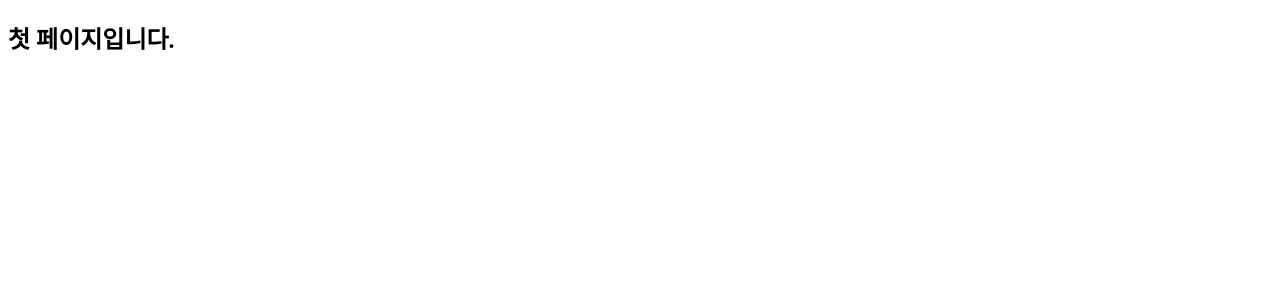
Repository: hodob/JSP_Practice
Page: http://localhost/JSP_WebMarket_JJH/ch04_ex/test.jsp
An editor plug-in stored every save of this project. The page is shown before and after the next save, followed by the edit.
The browser window is 1280 px wide. The pictures show the whole page.
The page is served by Tomcat 9. Other server files are loaded and not shown.

Above is the page before, as saved 2022-08-09 02:23:09.

### JSP_WebMarket_JJH/WebContent/ch04_ex/test.jsp
<%@ page language="java" contentType="text/html; charset=UTF-8"
	pageEncoding="UTF-8"%>
<!DOCTYPE html>
<html>
<head>
<meta charset="UTF-8">
<title>Insert title here</title>
</head>
<body>
	<h2>첫 페이지입니다.</h2>
	<%-- <jsp:forward page="b.jsp"></jsp:forward> --%>
	<%-- 	<jsp:include page="b.jsp">
		<jsp:param value="<%=new java.util.Date().toLocaleString()%>"
			name="date1" />
	</jsp:include> --%>
	<%--
	<jsp:forward page="b.jsp">
		<jsp:param value="admin" name="id" />
		<jsp:param value='<%=java.net.URLEncoder.encode("테스트")%>' name="name" />
		<jsp:param value='<%=java.net.URLEncoder.encode("aaa@bbb.com")%>' name="email" />
	</jsp:forward> --%>
	<%--
	<jsp:forward page="b.jsp">
		<jsp:param value="<%=java.util.Calendar.getInstance().getTime() %>" name="date" />

	</jsp:forward>  --%>

	<%-- 	<jsp:useBean id="date" class ="java.util.Date"></jsp:useBean>   <!--  date 는 객체이름이다.  -->
	<h2>시간에서 , useBean 으로 적용하기, </h2>
	<h2><%=date %></h2> --%>
<%--


	<jsp:useBean id="bean123" class=ch04.com.dao.calc></jsp:useBean>
	<h2>class 사용해서 하는 것입니다.</h2>
	<h2><%int result = bean123.process(5); %></h2>  <!-- out.println 으로 표현하느 ㄴ방법도 있다.  -->
	<h2><%=result %></h2> --%>

</body>
</html>

### JSP_WebMarket_JJH/src/ch04/com/dao/calc.java
package ch04.com.dao;

public class calc {

	public int process(int n) {
		return n*n*n;
	}
}

After the next save:
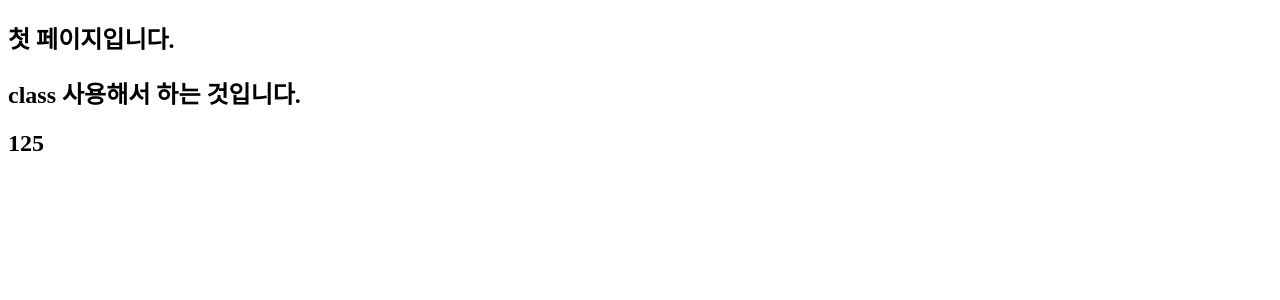
Saved 17 s later.
--- a/JSP_WebMarket_JJH/WebContent/ch04_ex/test.jsp
+++ b/JSP_WebMarket_JJH/WebContent/ch04_ex/test.jsp
@@ -28,13 +28,13 @@
 	<%-- 	<jsp:useBean id="date" class ="java.util.Date"></jsp:useBean>   <!--  date 는 객체이름이다.  -->
 	<h2>시간에서 , useBean 으로 적용하기, </h2>
 	<h2><%=date %></h2> --%>
-<%--
 
 
-	<jsp:useBean id="bean123" class=ch04.com.dao.calc></jsp:useBean>
+
+	<jsp:useBean id="bean123" class="ch04.com.dao.calc"></jsp:useBean>
 	<h2>class 사용해서 하는 것입니다.</h2>
 	<h2><%int result = bean123.process(5); %></h2>  <!-- out.println 으로 표현하느 ㄴ방법도 있다.  -->
-	<h2><%=result %></h2> --%>
+	<h2><%=result %></h2>
 
 </body>
 </html>
